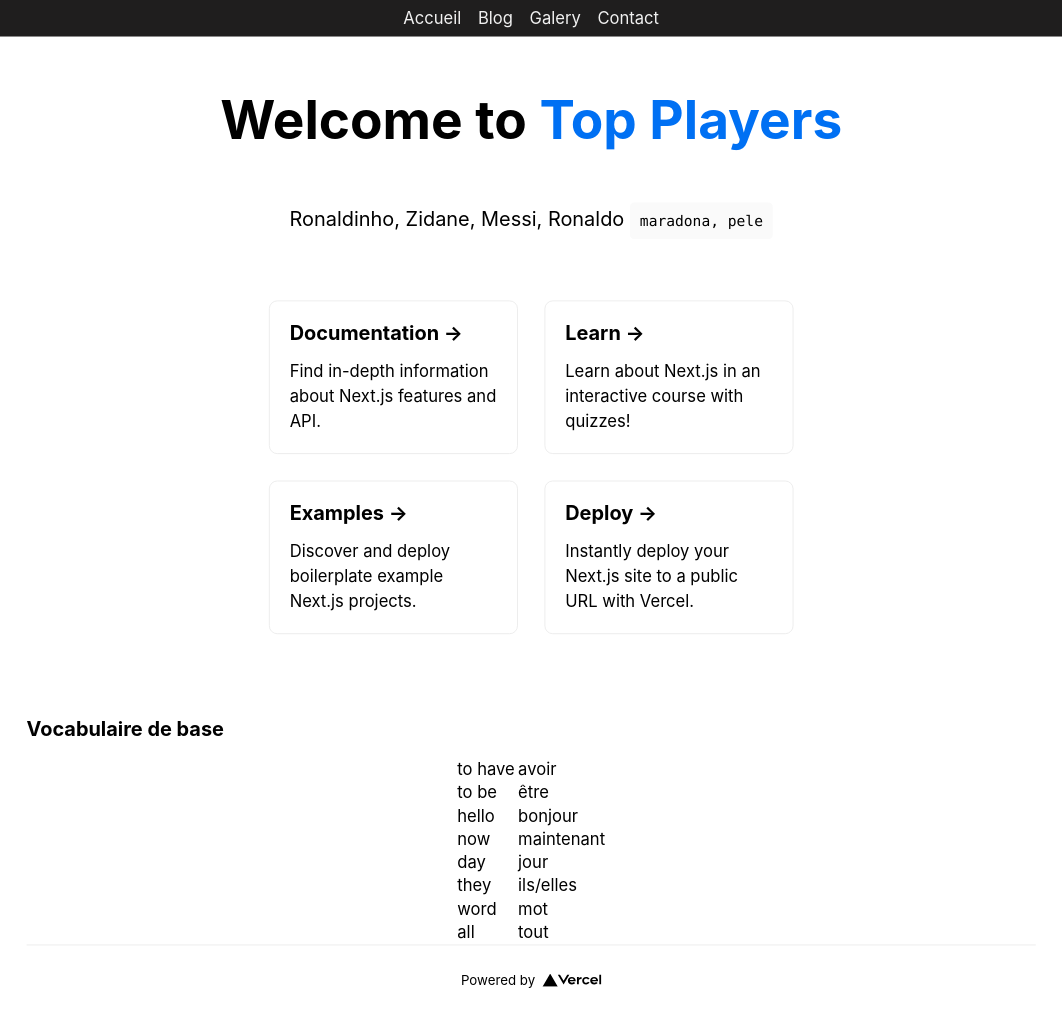
Repository: duncanidaho14/next-first-app
Page: /
These files come from the project's save history. The page is drawn as it stood at one moment and after a run of saves; the edit follows.
The browser window is 1280 px wide. The pictures show the whole page, at 83% of full size.
The project was rebuilt for these pictures with package versions that can differ from the ones it lists, and the page was loaded fresh each time. The framework's server and built-in components were replaced by stand-ins that run in the browser. Also part of the build but not shown: next.config.js.

Above is the page before, as saved 2022-03-06 12:38:52.

### pages/_app.tsx
import '../styles/globals.css'
import type { AppProps } from 'next/app'
import Container from '../components/Container/Container'
function MyApp({ Component, pageProps }: AppProps) {
  return (
    <Container>
      <Component {...pageProps} />
    </Container>
  )
}

export default MyApp

### pages/_document.tsx
import Document, {Html, Head, Main, NextScript} from "next/document";

class MyDocument extends Document {
    render() {
        return (
            <Html lang="fr">
                <Head>
                    <body>
                        <Main />
                        <NextScript />
                    </body>
                </Head>
            </Html>
        )
    }
}

export default MyDocument;

### pages/index.tsx
import type { NextPage } from 'next'
import Head from 'next/head'
import Image from 'next/image'
import styles from '../styles/Home.module.css'

const Home: NextPage = (props) => {
  console.log(props);
  return (
    <div className={styles.container}>
      <Head>
        <title>Les meilleurs joueurs de foot</title>
        <meta name="description" content="Les meilleurs joueurs de foot de la planète à travers l'histoire..." />
        <link rel="icon" href="/favicon.ico" />
      </Head>

      <main className={styles.main}>
        <h1 className={styles.title}>
          Welcome to <a href="https://nextjs.org">Top Players</a>
        </h1>

        <p className={styles.description}>
          Ronaldinho, Zidane, Messi, Ronaldo{' '}
          <code className={styles.code}>maradona, pele</code>
        </p>

        <div className={styles.grid}>
          <a href="https://nextjs.org/docs" className={styles.card}>
            <h2>Documentation &rarr;</h2>
            <p>Find in-depth information about Next.js features and API.</p>
          </a>

          <a href="https://nextjs.org/learn" className={styles.card}>
            <h2>Learn &rarr;</h2>
            <p>Learn about Next.js in an interactive course with quizzes!</p>
          </a>

          <a
            href="https://github.com/vercel/next.js/tree/canary/examples"
            className={styles.card}
          >
            <h2>Examples &rarr;</h2>
            <p>Discover and deploy boilerplate example Next.js projects.</p>
          </a>

          <a
            href="https://vercel.com/new?utm_source=create-next-app&utm_medium=default-template&utm_campaign=create-next-app"
            className={styles.card}
          >
            <h2>Deploy &rarr;</h2>
            <p>
              Instantly deploy your Next.js site to a public URL with Vercel.
            </p>
          </a>
        </div>
      </main>
      <div>
        <h2>Vocabulaire de base</h2>
        <table className={styles.tableau}>
          <tbody>
            {props.array.map(el => (
              <tr>
                <td>{el.en}</td>
                <td>{el.fr}</td>
              </tr>
            ))}
          </tbody>
        </table>
      </div>
      <footer className={styles.footer}>
        <a
          href="https://vercel.com?utm_source=create-next-app&utm_medium=default-template&utm_campaign=create-next-app"
          target="_blank"
          rel="noopener noreferrer"
        >
          Powered by{' '}
          <span className={styles.logo}>
            <Image src="/vercel.svg" alt="Vercel Logo" width={72} height={16} />
          </span>
        </a>
      </footer>
    </div>
  )
}

export default Home

export async function getStaticProps() {
  const data = await import("../data/vocabulary.json")
  const array = data.vocabulary

  return {
    props: {
      array
    }
  }
}

### components/Container/Container.tsx
import React from 'react'
import Navbar from '../Navbar/Navbar'

export default function Container({children}: any) {
    return (
        <>
            <Navbar/>
            {children}
        </>
    )
}

### styles/Home.module.css
.container {
  padding: 0 2rem;
}

.main {
  min-height: 100vh;
  padding: 4rem 0;
  flex: 1;
  display: flex;
  flex-direction: column;
  justify-content: center;
  align-items: center;
}

.footer {
  display: flex;
  flex: 1;
  padding: 2rem 0;
  border-top: 1px solid #eaeaea;
  justify-content: center;
  align-items: center;
}

.footer a {
  display: flex;
  justify-content: center;
  align-items: center;
  flex-grow: 1;
}

.title a {
  color: #0070f3;
  text-decoration: none;
}

.title a:hover,
.title a:focus,
.title a:active {
  text-decoration: underline;
}

.title {
  margin: 0;
  line-height: 1.15;
  font-size: 4rem;
}

.title,
.description {
  text-align: center;
}

.description {
  margin: 4rem 0;
  line-height: 1.5;
  font-size: 1.5rem;
}

.code {
  background: #fafafa;
  border-radius: 5px;
  padding: 0.75rem;
  font-size: 1.1rem;
  font-family: Menlo, Monaco, Lucida Console, Liberation Mono, DejaVu Sans Mono,
    Bitstream Vera Sans Mono, Courier New, monospace;
}

.grid {
  display: flex;
  align-items: center;
  justify-content: center;
  flex-wrap: wrap;
  max-width: 800px;
}

.card {
  margin: 1rem;
  padding: 1.5rem;
  text-align: left;
  color: inherit;
  text-decoration: none;
  border: 1px solid #eaeaea;
  border-radius: 10px;
  transition: color 0.15s ease, border-color 0.15s ease;
  max-width: 300px;
}

.card:hover,
.card:focus,
.card:active {
  color: #0070f3;
  border-color: #0070f3;
}

.card h2 {
  margin: 0 0 1rem 0;
  font-size: 1.5rem;
}

.card p {
  margin: 0;
  font-size: 1.25rem;
  line-height: 1.5;
}

.logo {
  height: 1em;
  margin-left: 0.5rem;
}

@media (max-width: 600px) {
  .grid {
    width: 100%;
    flex-direction: column;
  }
}

.titre {
  text-align: center;
  margin: 10px 0;
}

.tableau {
  margin: 0 auto;
  font-size: 20px;
}

.tableau tr {
  border: 1px solid #333;
}

### data/vocabulary.json
{
  "vocabulary": [
      {
        "en": "to have",
        "fr": "avoir"
      },
      {
        "en": "to be",
        "fr": "être"
      },      {
        "en": "hello",
        "fr": "bonjour"
      },      {
        "en": "now",
        "fr": "maintenant"
      },      {
        "en": "day",
        "fr": "jour"
      },      {
        "en": "they",
        "fr": "ils/elles"
      },      {
        "en": "word",
        "fr": "mot"
      },      {
        "en": "all",
        "fr": "tout"
      }
  ]
}

### components/Navbar/Navbar.tsx
import React from 'react'
import Link from 'next/link'
import styles from './Navbar.module.css'

export default function Navbar() {
  return (
    <nav className={styles.navbar}>
        <Link href="/">
        <a>Accueil</a>
        </Link>
        <Link href="/blog">
            <a>Blog</a>
        </Link>
        <Link href="/galery">
            <a>Galery</a>
        </Link>
        <Link href="/contact">
            <a>Contact</a>
        </Link>
    </nav>
  )
}

### components/Navbar/Navbar.module.css
.navbar {
    padding: 10px;
    background: rgb(31, 30, 30);
    display: flex;
    justify-content: center;
    font-size: 20px;
}

.navbar a {
    margin: 0 10px;
    color: #f1f1f1;
}

Loaded but not shown: styles/globals.css (common file)

After the next 4 saves:
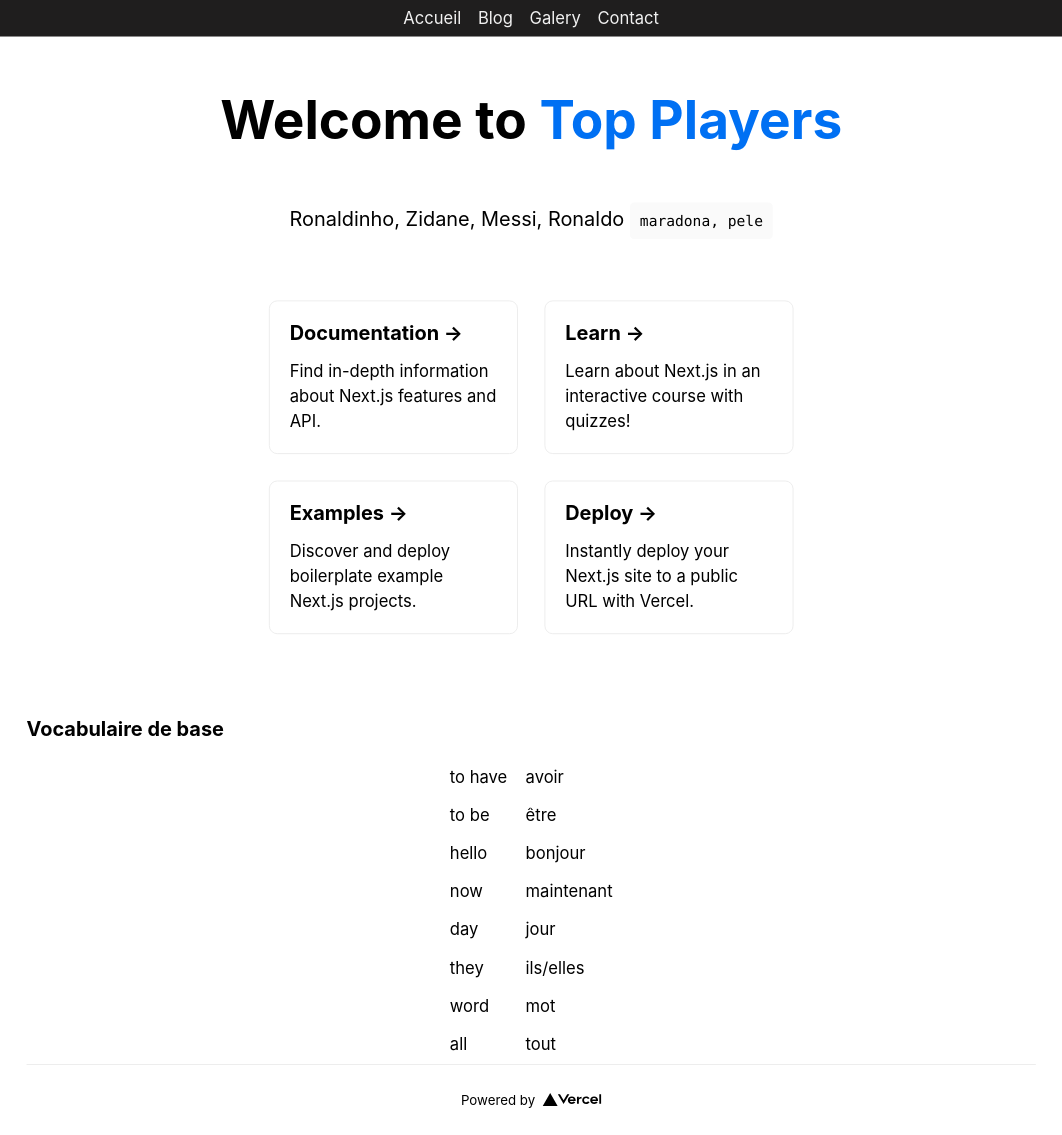
The 4 saves are shown as one change because they came seconds apart.
The last was saved 13 s later.
--- a/styles/Home.module.css
+++ b/styles/Home.module.css
@@ -128,3 +128,7 @@
 .tableau tr {
   border: 1px solid #333;
 }
+
+.tableau td {
+  padding: 10px;
+}
